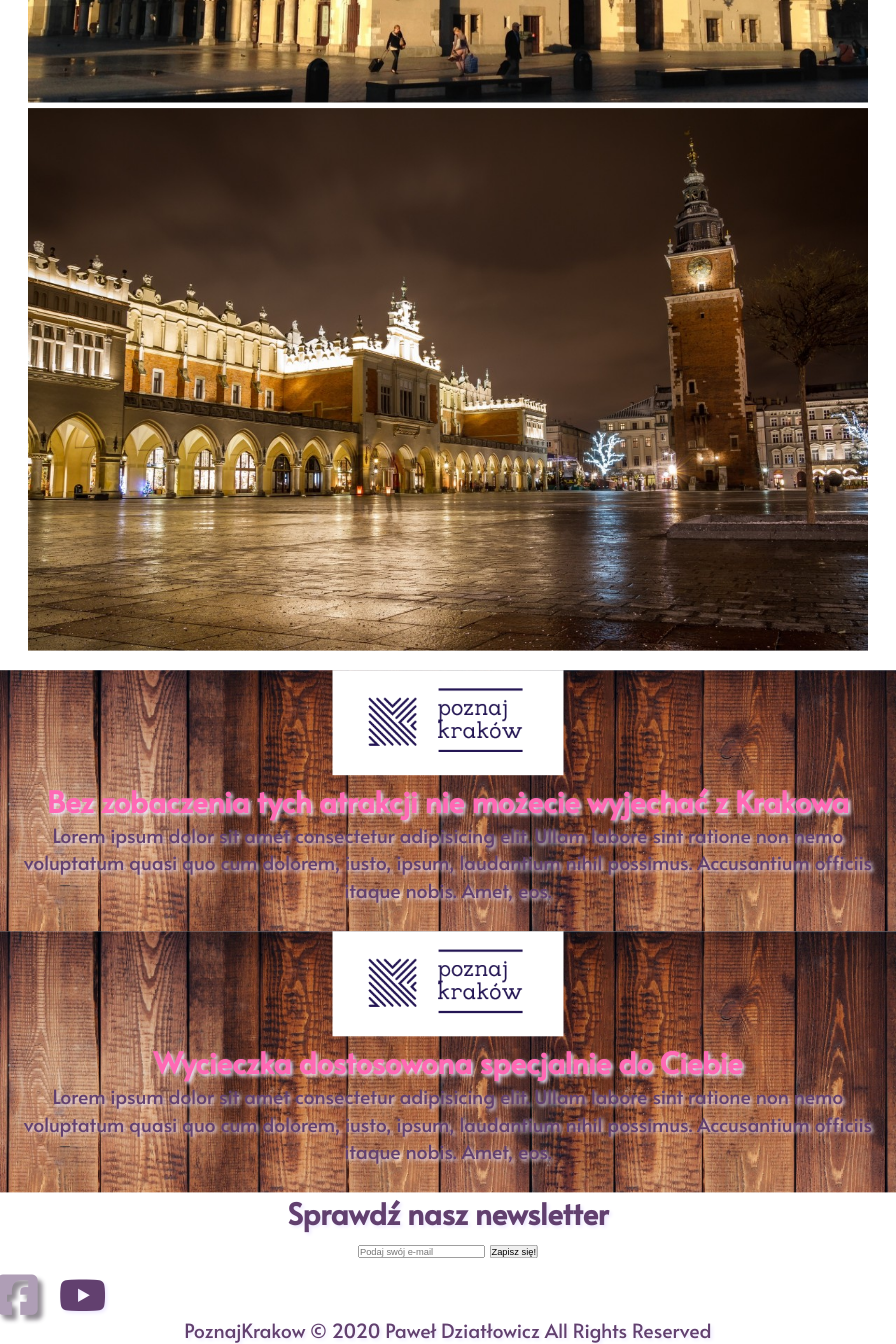
Repository: DZIALEK/projekt1
Page: projekt1.html
An editor plug-in stored every save of this project. The page is shown before and after the next save, followed by the edit.
The browser window is 1280 px wide. The pictures show the part of the page from y = 2828 to 4748 px (the page is 4748 px tall), at 70% of full size.
The pointer rests on the first visible `.social-media i`.
Some icons come from a web library that is not loaded, so they are not drawn. A picture or video elsewhere on the page could not be fetched, so the positions and the page height are approximate. Some web libraries are served in a nearby version.

Above is the page before, as saved 2020-07-15 00:48:28.

After the next save:
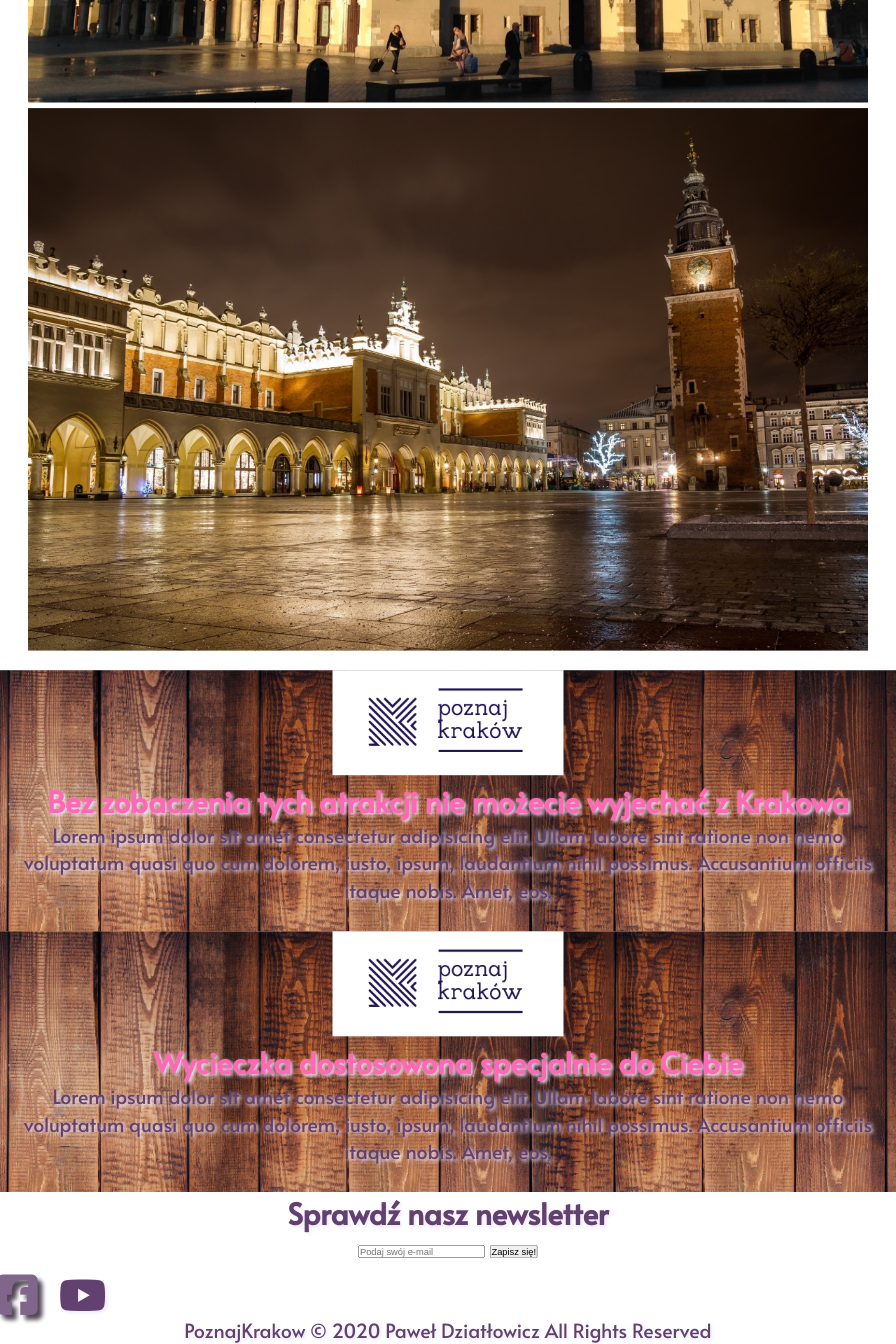
Saved 17 s later.
--- a/projekt1.css
+++ b/projekt1.css
@@ -181,7 +181,7 @@ nav a:hover {
 
 .social-media i:hover {
     color: #62406F;
-    opacity: 0.5;
+    opacity: 0.8;
     text-shadow: #271B2B 0.1em 0.1em 0.1em;
     transform: scale(1.1,1.1);
     transition-duration: 250ms;
